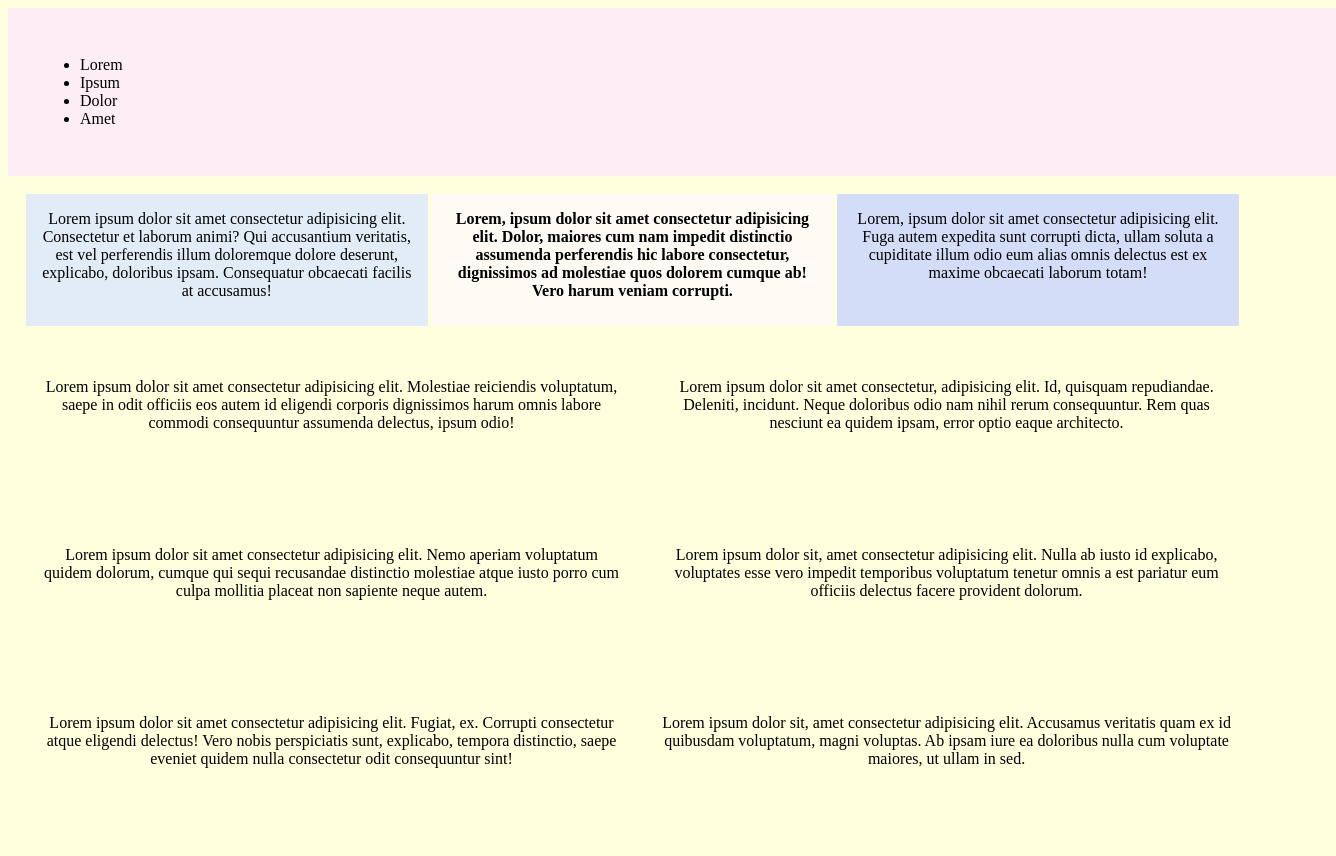
Repository: HTML-a-CSS-2/projekt-portfolio-Angelina555555
Page: .github/index.html
An editor plug-in stored every save of this project. The page is shown before and after the next save, followed by the edit.
The browser window is 1280 px wide. The page is 1336 px wide, so the pictures cover 1336 px, including what lies to the right of the window. The pictures show the whole page.

Above is the page before, as saved 2022-05-07 23:09:25.

After the next save:
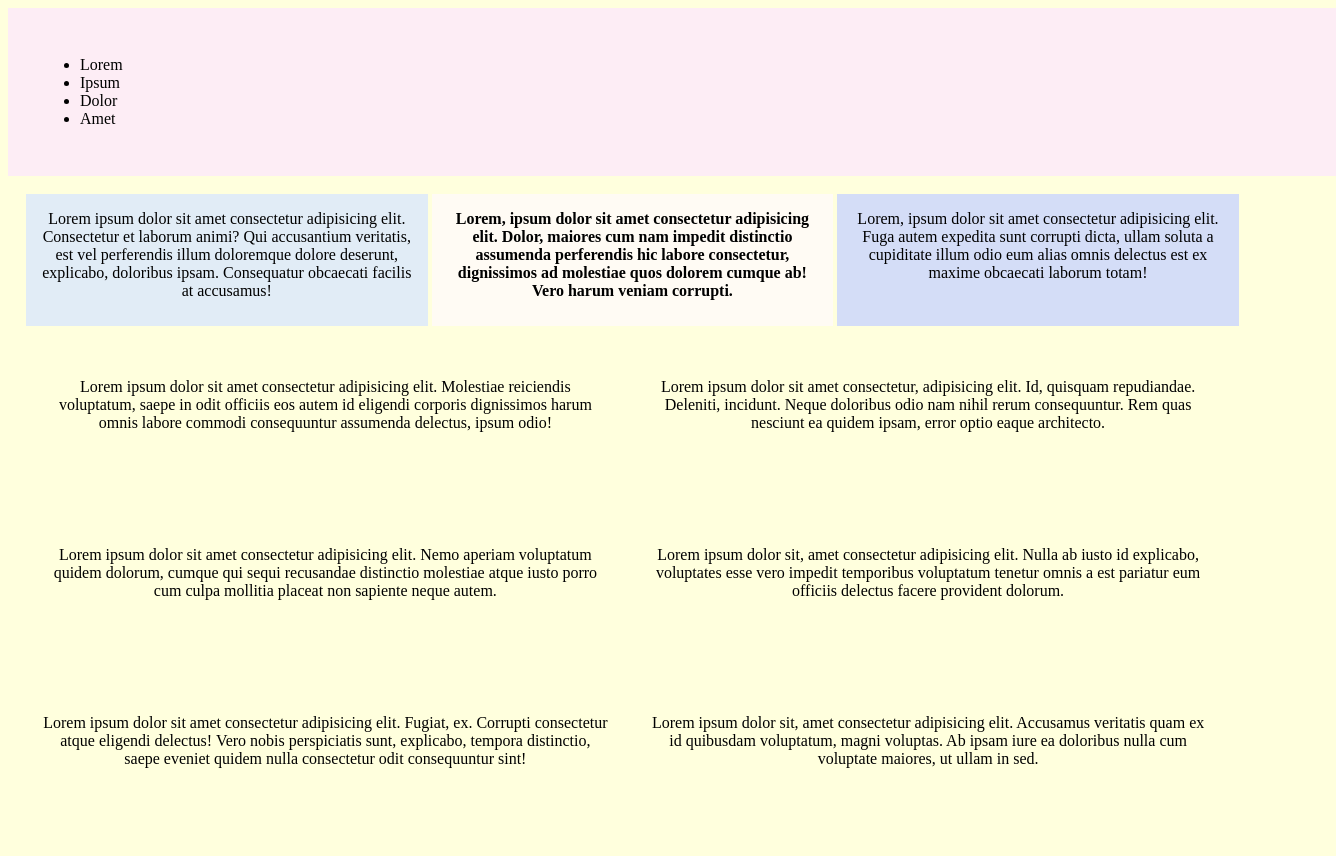
Saved 6 s later.
--- a/.github/default.css
+++ b/.github/default.css
@@ -49,6 +49,6 @@
 .blok-posledni__element-devet {
   padding: 1rem 1rem;
   margin: 2px;
-  width: 47%;
+  width: 46%;
   height: 100px;
 }

After the save that followed:
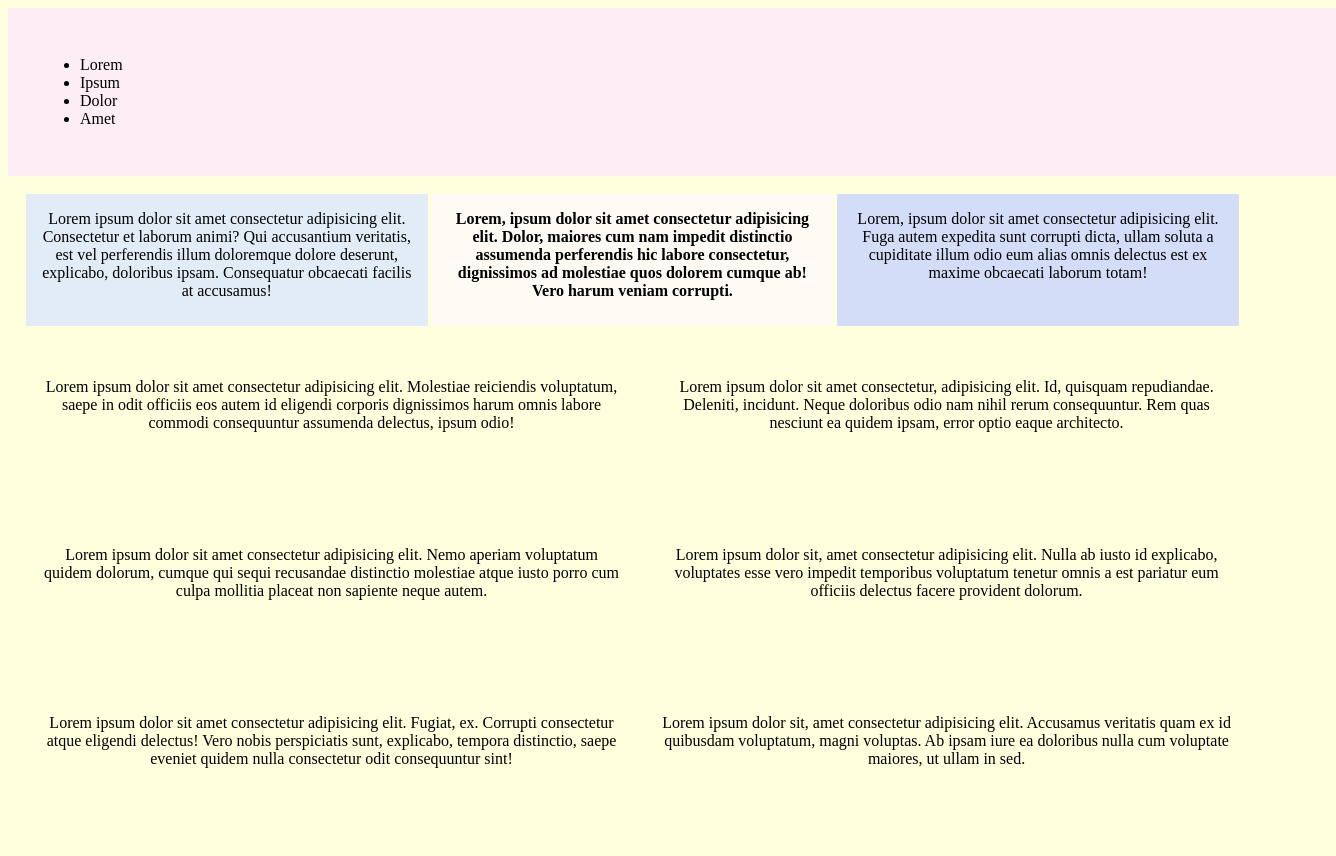
Saved 42 s later.
--- a/.github/default.css
+++ b/.github/default.css
@@ -49,6 +49,6 @@
 .blok-posledni__element-devet {
   padding: 1rem 1rem;
   margin: 2px;
-  width: 46%;
+  width: 47%;
   height: 100px;
 }
